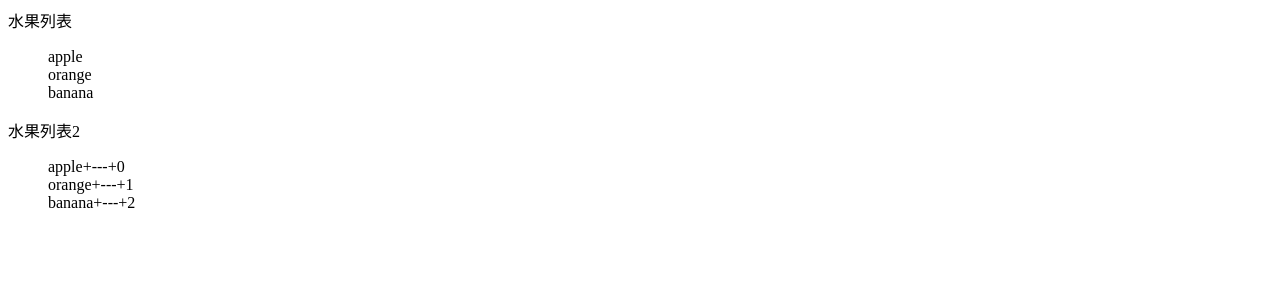
Repository: chenguocan/Vue_demo_1
Page: 循环结构.html
The author's editor kept a copy of each file at every save. The page is drawn from the files as they stood at one save, then again after the next save.
The browser window is 1280 px wide. The pictures show the whole page.

Above is the page before, as saved 2020-07-20 15:49:10.

After the next save:
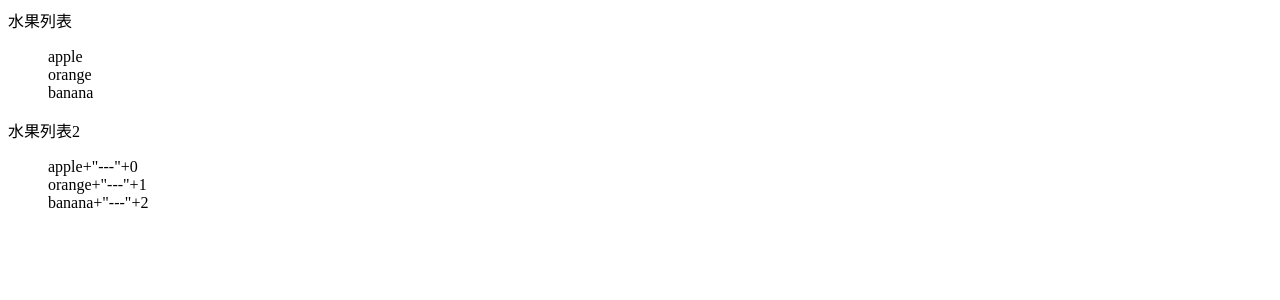
Saved 9 s later.
--- a/循环结构.html
+++ b/循环结构.html
@@ -18,7 +18,7 @@
       </ul>
       <div>水果列表2</div>
       <ul>
-        <li v-for="(item2,index) in fruits">{{item2}}+---+{{index}}</li>
+        <li v-for="(item2,index) in fruits">{{item2}}+"---"+{{index}}</li>
       </ul>
     </div>
   </body>
